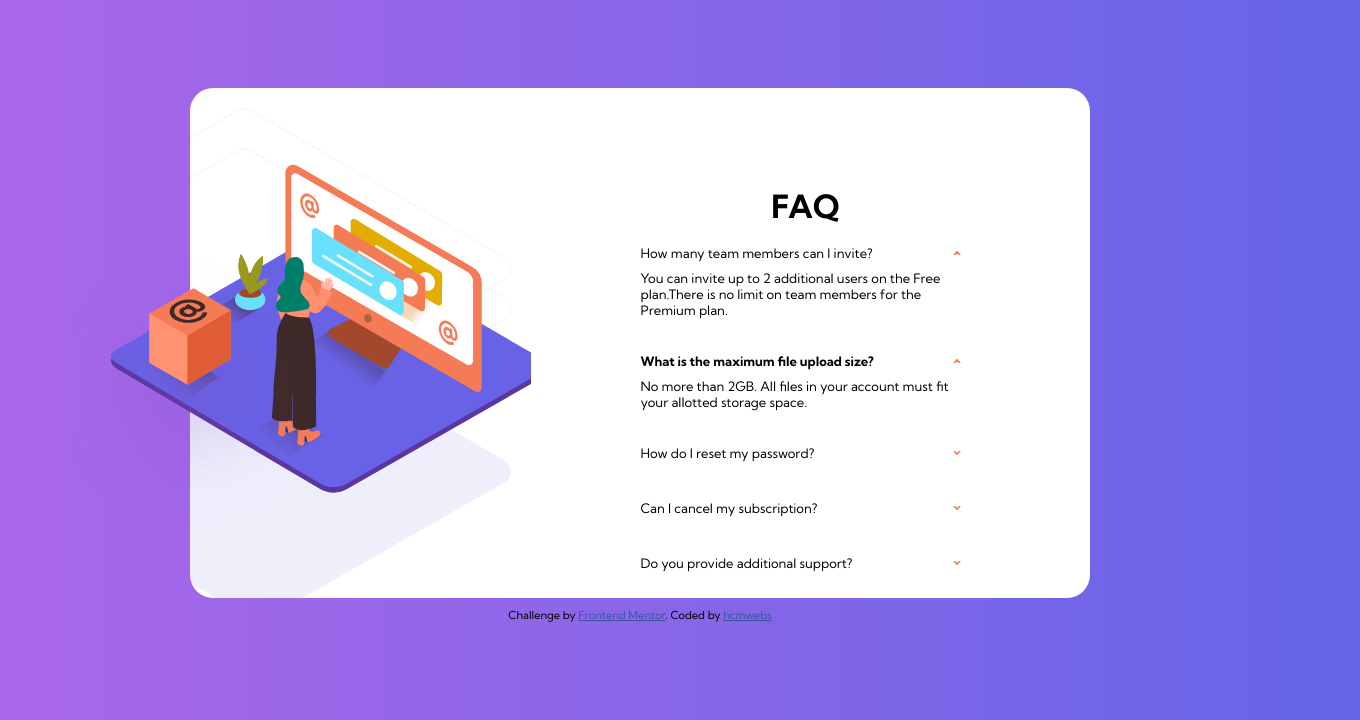
Repository: Hcmwebs/faq-accordion-card
Page: index.html
These files come from the project's save history. The page is drawn as it stood at one moment and after the next save; the edit follows.
The browser window is 1280 px wide. The page is 1360 px wide, so the pictures cover 1360 px, including what lies to the right of the window. The pictures show the whole page.
After loading, the first visible `button` was clicked once.
The style sheet was rebuilt from its Sass, Less or Tailwind sources for each picture, by a compiler version that may differ from the author's.

Above is the page before, as saved 2020-11-09 13:24:38.

After the next save:
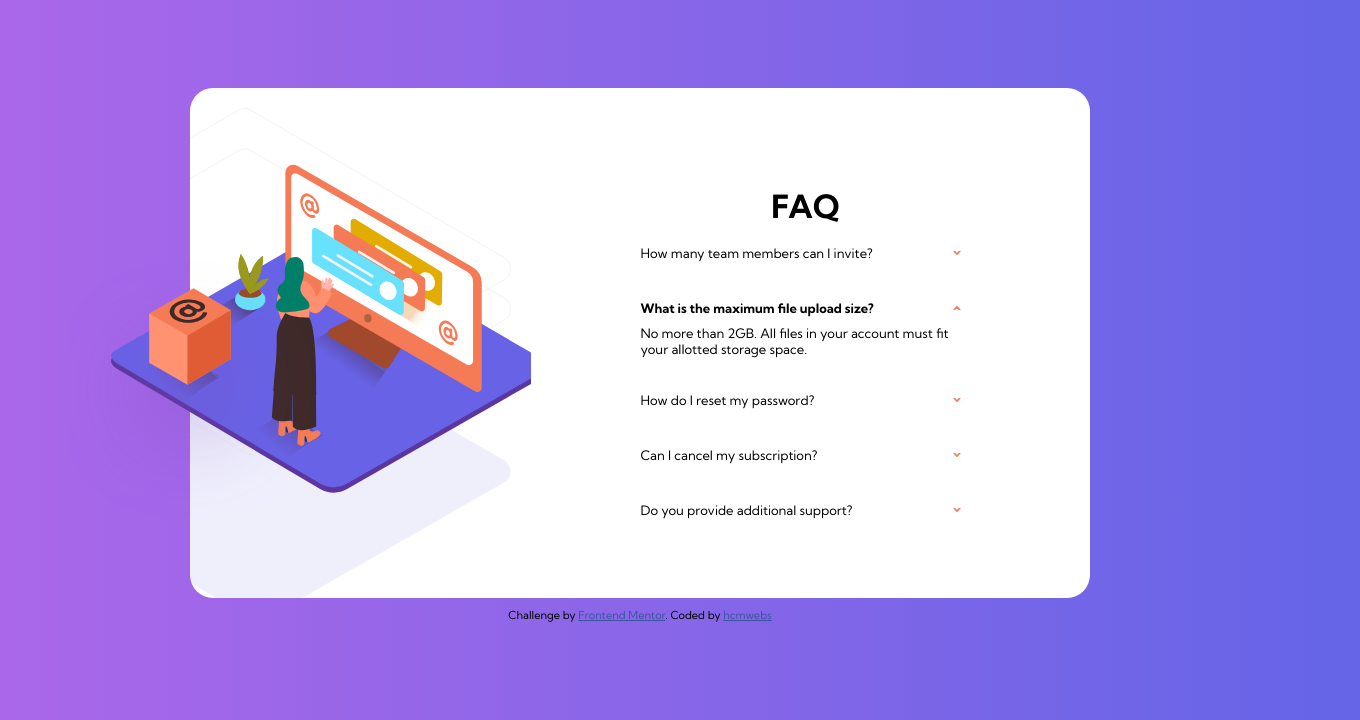
Console error: TypeError: paras is not iterable
Saved 10 min 5 s later.
--- a/main.js
+++ b/main.js
@@ -1,22 +1,25 @@
 let open = true;
 const item = document.querySelector('.card__body--item');
 const img = document.querySelector('img');
-const p = document.querySelector ('p');
+const paras = document.querySelector ('p');
 const btns = document.querySelectorAll('button');
 for(let btn of btns){
   btn.addEventListener('click', () => {
 
-  if(!open){
-    p.classList.add('d-N');
-    btn.classList.remove('rotate');
-    open = false;
-  }else{
-    p.classList.remove('d-N');
-    btn.classList.add('rotate');
-    open = true;
+  for( let para of paras){
+    if(!open){
 
+
+      para.classList.add('d-N');
+      btn.classList.remove('rotate');
+      open = false;
+    }else{
+      p.classList.remove('d-N');
+      btn.classList.add('rotate');
+      open = true;
+
+    }
   }
-
 
   })
 }

After the 2 saves that followed:
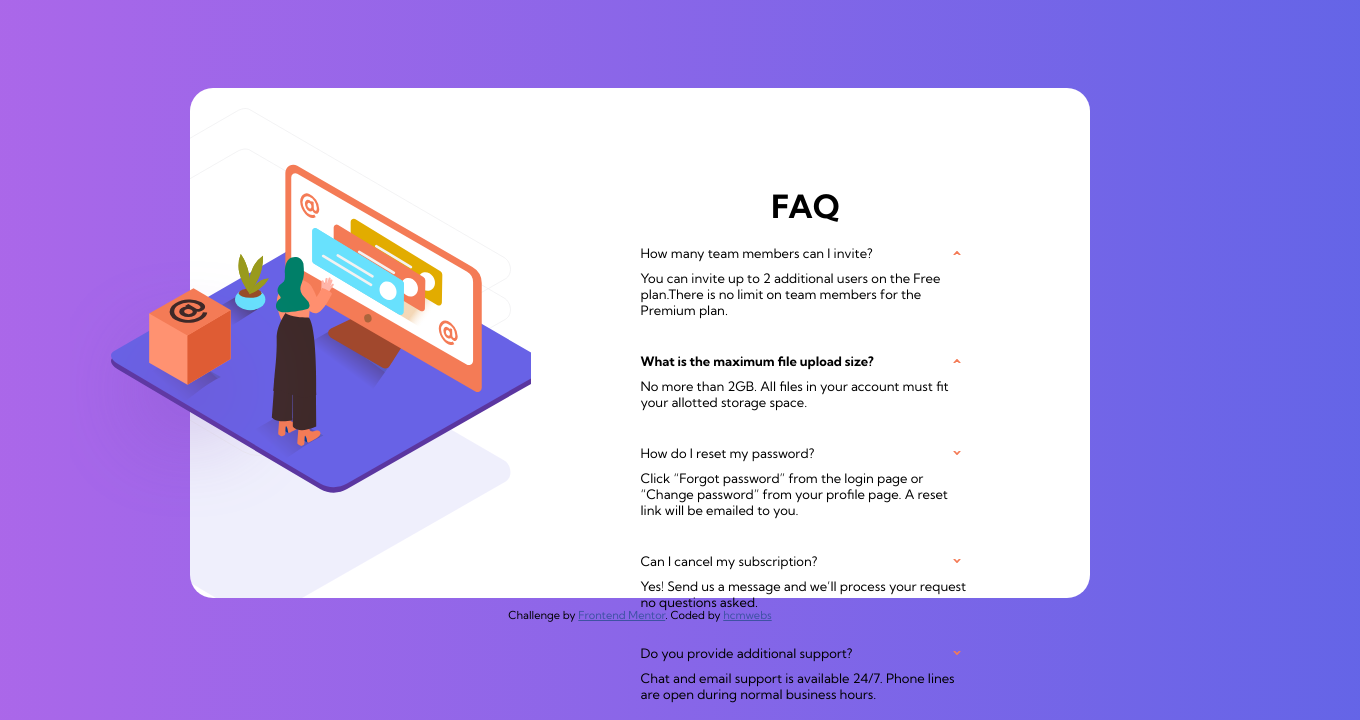
The error is gone.
The 2 saves are shown as one change because 1 left the picture as it was.
The last was saved 61 s later.
--- a/main.js
+++ b/main.js
@@ -1,7 +1,7 @@
 let open = true;
 const item = document.querySelector('.card__body--item');
 const img = document.querySelector('img');
-const paras = document.querySelector ('p');
+const paras = document.querySelectorAll('p');
 const btns = document.querySelectorAll('button');
 for(let btn of btns){
   btn.addEventListener('click', () => {
@@ -14,7 +14,7 @@
       btn.classList.remove('rotate');
       open = false;
     }else{
-      p.classList.remove('d-N');
+      para.classList.remove('d-N');
       btn.classList.add('rotate');
       open = true;
 
